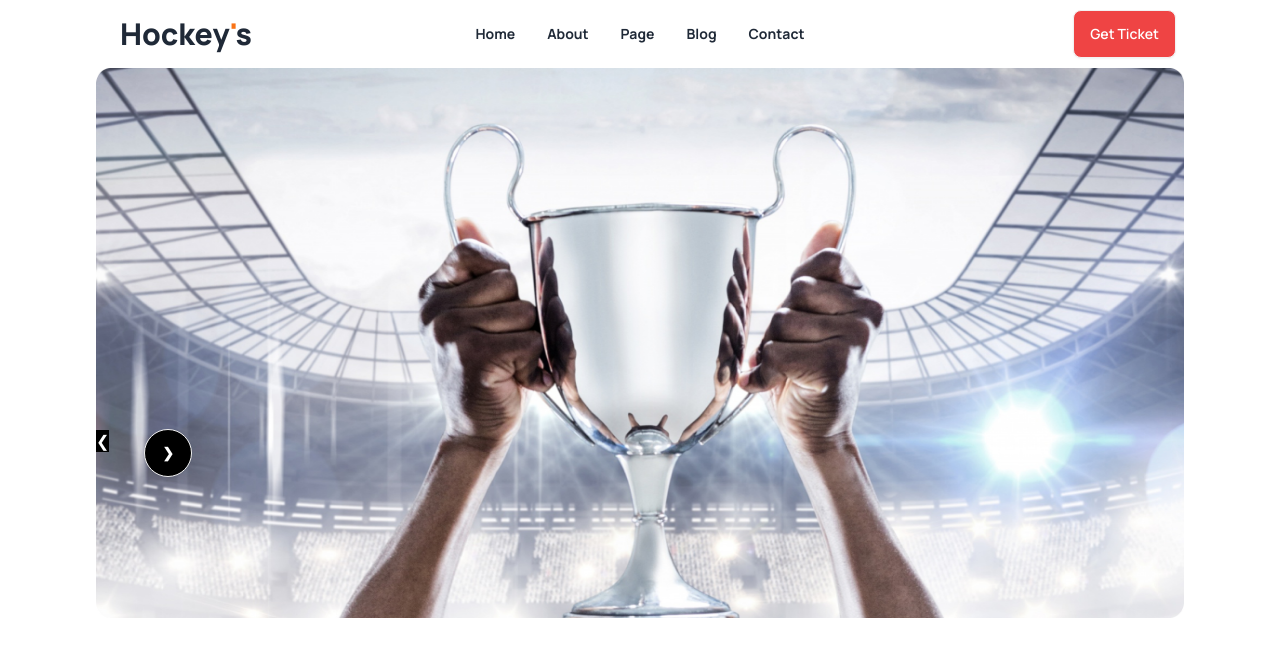
Repository: RudrasahaDibos/Hockey-
Page: index.html
The author's editor kept a copy of each file at every save. The page is drawn from the files as they stood at one save, then again after the next save.
The browser window is 1280 px wide. The pictures show the whole page.
Some web libraries are served in a nearby version.

Above is the page before, as saved 2024-10-23 19:17:59.

After the next save:
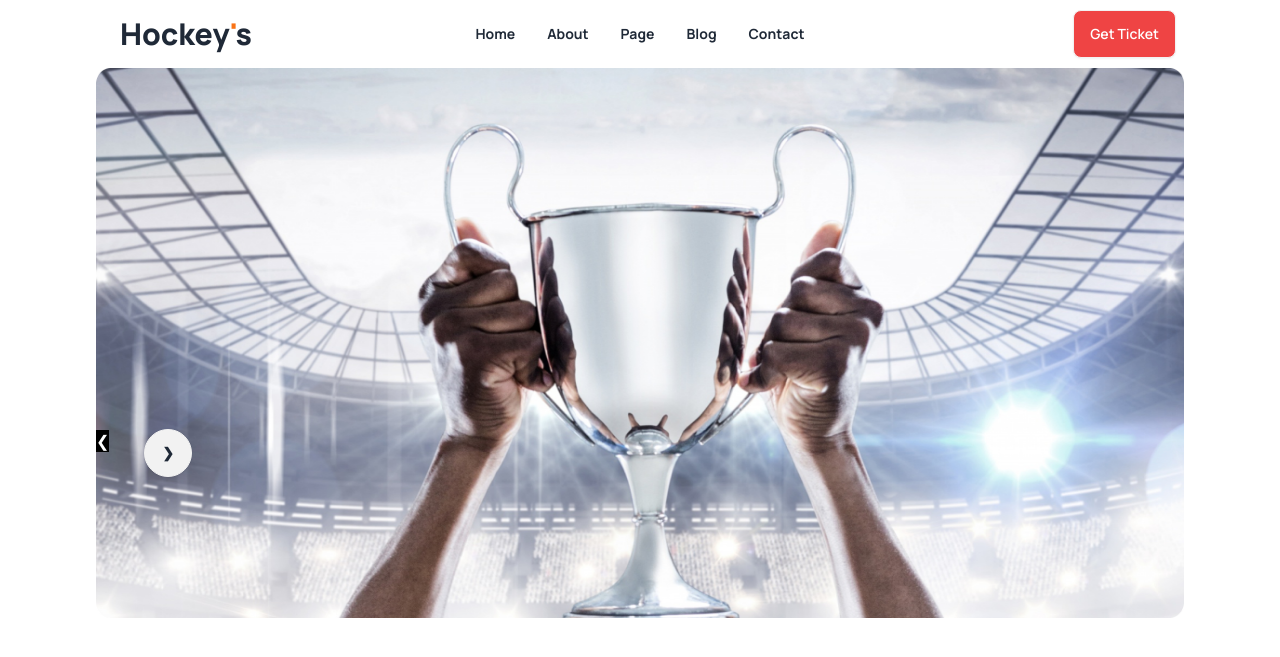
Saved 7 s later.
--- a/index.html
+++ b/index.html
@@ -99,7 +99,7 @@
                             <div class=" h-8 w-8 rounded-full ">
                               <a href="#slide4" class="lg:btn lg:btn-circle bg-black text-white">❮</a>
                             </div>
-                            <a href="#slide2" class="btn btn-circle bg-black text-white">❯</a>
+                            <a href="#slide2" class="btn btn-circle ">❯</a>
                           </div>
                         </div>
                         <div id="slide2" class="carousel-item relative w-full">
